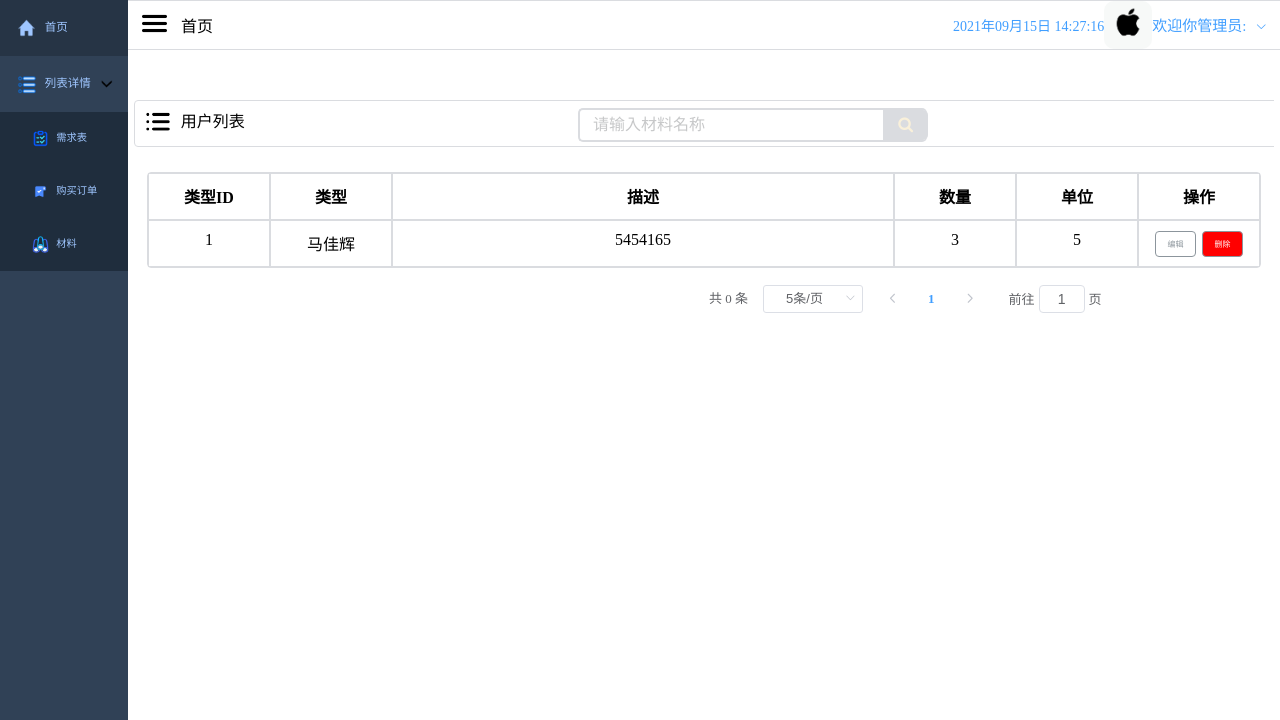
Repository: 572031690/fwwb-proj
Page: /home/item
The author's editor kept a copy of each file at every save. The page is drawn from the files as they stood at one save, then again after the next save.
The browser window is 1280 px wide. The pictures show the whole page.
The page's requests for data from a server got no answer. The project was rebuilt for these pictures with package versions that can differ from the ones it lists, and the page was loaded fresh each time. No one was signed in, and anything a server would have sent is missing. Also part of the build but not shown: vue.config.js, src/view/home/HomeWel.vue, src/components/Adddata.vue, src/view/home/User.vue, src/assets/data/drawerData.js, src/components/Drawer.vue, src/view/home/Body.vue, src/view/home/Buy.vue and 12 more.

Above is the page before, as saved 2021-09-22 18:25:52.

After the next save:
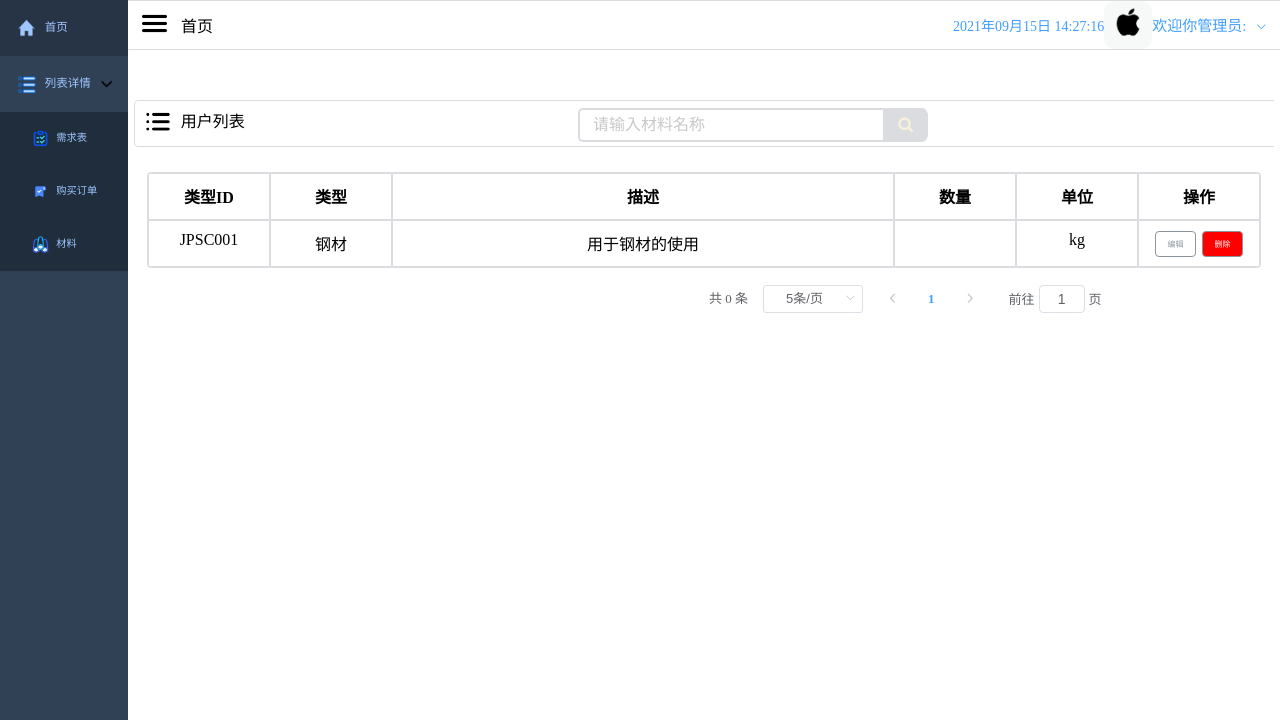
Saved 15 h 20 min later.
--- a/src/view/home/Item.vue
+++ b/src/view/home/Item.vue
@@ -122,11 +122,11 @@ export default {
       IntList: ['neednum'],
       list: [
         {
-          itemid: 1,
-          itemtype: '马佳辉',
-          comment: 5454165,
-          neednum: '3',
-          unit: '5'
+          itemid: 'JPSC001',
+          itemtype: '钢材',
+          comment: '用于钢材的使用',
+          num: '3',
+          unit: 'kg'
         }
       ],
       loading2: true
